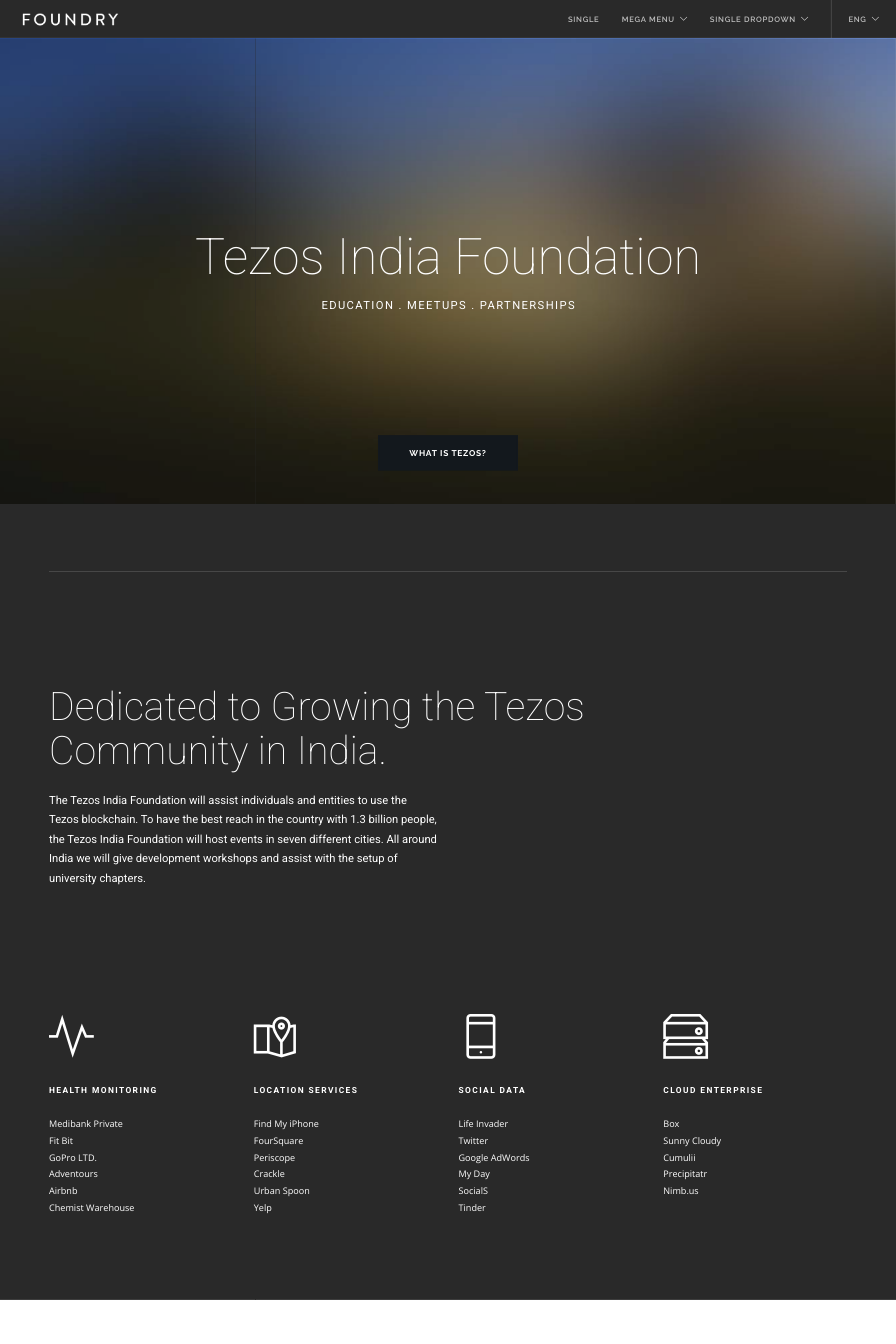
Repository: Tezos-India-Foundation/TIF-Website
Page: Tezos India Website/page.html
The author's editor kept a copy of each file at every save. The page is drawn from the files as they stood at one save, then again after the next save.
The browser window is 1280 px wide. The pictures show the part of the page from y = 0 to 1920 px (the page is 4630 px tall), at 70% of full size.

Above is the page before, as saved 2019-08-06 15:07:53.

After the next save:
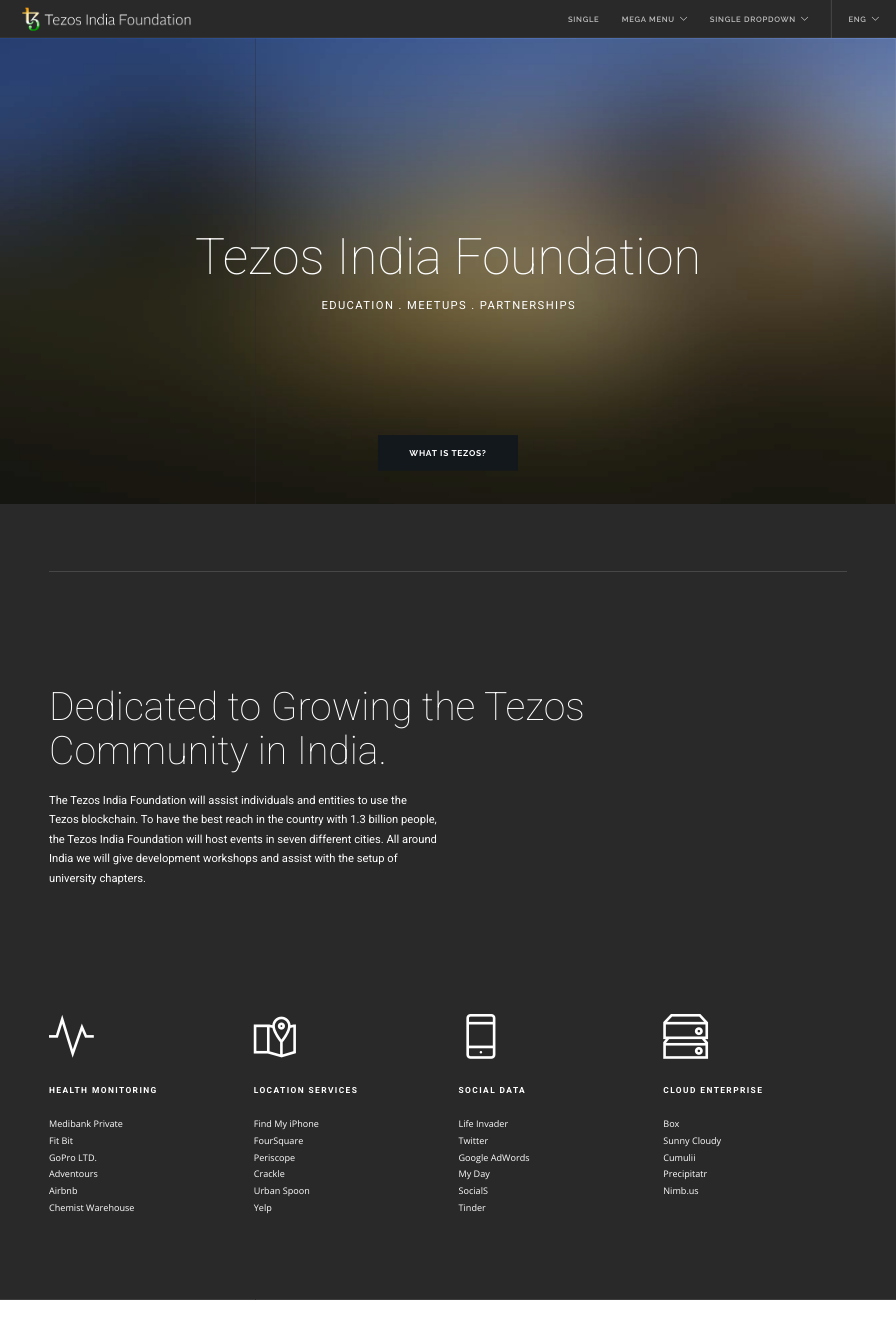
Saved 4 min 7 s later.
--- a/Tezos India Website/page.html
+++ b/Tezos India Website/page.html
@@ -26,7 +26,7 @@
 		        <div class="nav-bar">
 		            <div class="module left">
 		                <a href="index.html">
-		                    <img class="logo logo-light" alt="Foundry" src="img/logo-light.png">
+		                    <img class="logo logo-light" alt="Foundry" src="img\logo with text.png">
 		                    <img class="logo logo-dark" alt="Foundry" src="img/logo-dark.png">
 		                </a>
 		            </div>
